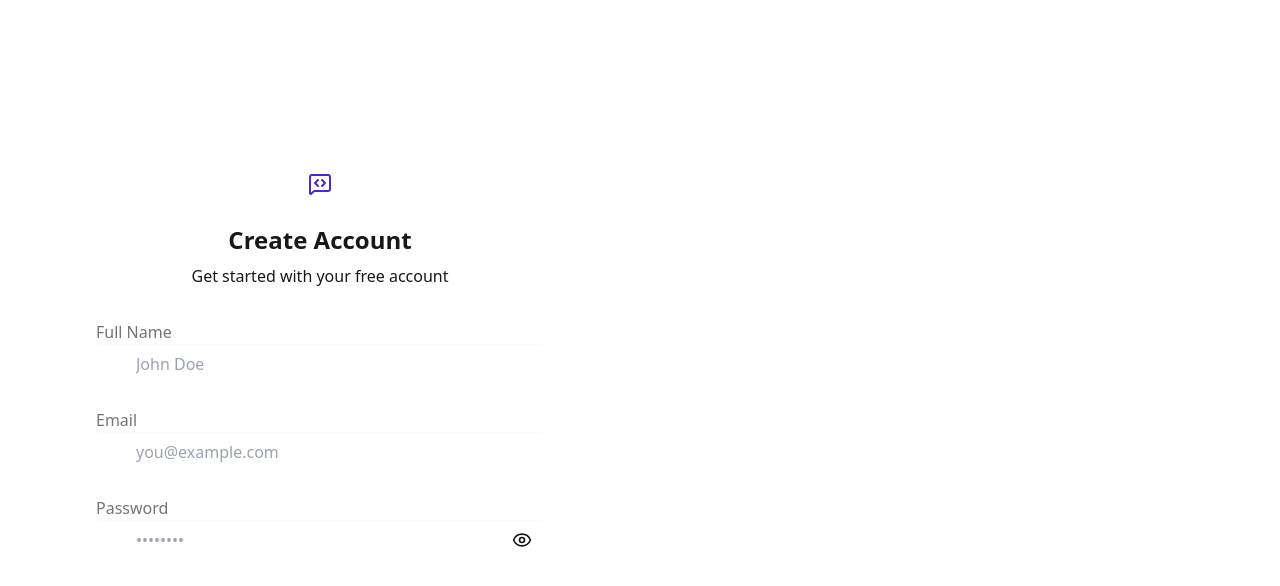
Repository: Subhashree-Nayak507/Chat_Application
Page: /signup (app in frontend/)
These files come from the project's save history. The page is drawn as it stood at one moment and after the next save; the edit follows.
The browser window is 1280 px wide. The pictures show the whole page.
The page's requests for data from a server got no answer. The project was rebuilt for these pictures with package versions that can differ from the ones it lists, and the page was loaded fresh each time. No one was signed in, and anything a server would have sent is missing. Also part of the build but not shown: frontend/vite.config.js, frontend/src/pages/LoginPage.jsx, frontend/src/pages/SettingsPage.jsx, frontend/src/pages/ProfilePage.jsx, frontend/src/pages/HomePage.jsx.

Above is the page before, as saved 2024-12-15 09:21:24.

After the next save:
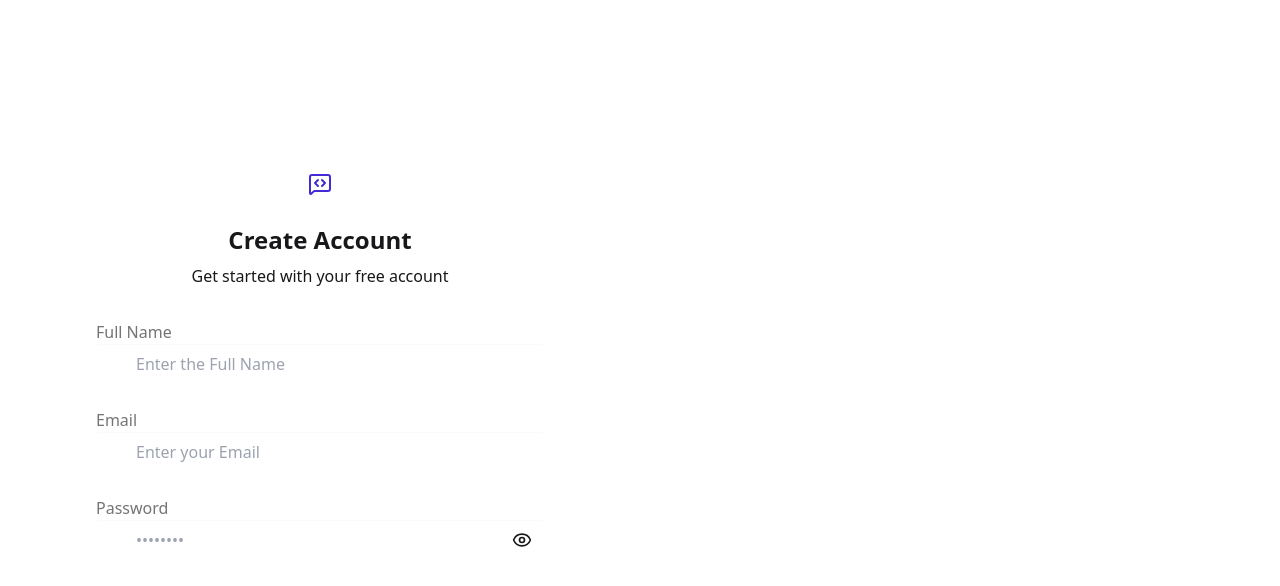
Saved 83 s later.
--- a/frontend/src/pages/SignUpPage.jsx
+++ b/frontend/src/pages/SignUpPage.jsx
@@ -48,7 +48,7 @@ const SignUpPage = () => {
                 <input
                   type="text"
                   className={`input input-bordered w-full pl-10`}
-                  placeholder="John Doe"
+                  placeholder="Enter the Full Name"
                   value={formData.fullName}
                   onChange={(e) => setFormData({ ...formData, fullName: e.target.value })}
                 />
@@ -66,7 +66,7 @@ const SignUpPage = () => {
                 <input
                   type="email"
                   className={`input input-bordered w-full pl-10`}
-                  placeholder="you@example.com"
+                  placeholder="Enter your Email"
                   value={formData.email}
                   onChange={(e) => setFormData({ ...formData, email: e.target.value })}
                 />
